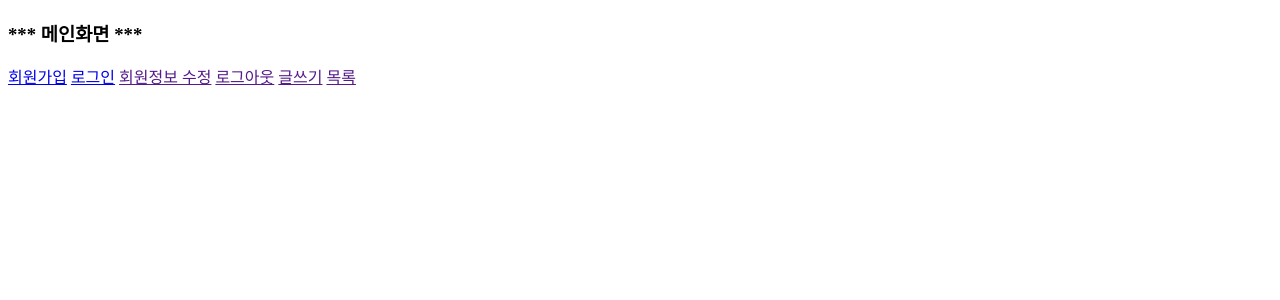
Repository: dahye1013/java-basic-learning
Page: http://localhost/memberJSP/main/index.jsp
These files come from the project's save history. The page is drawn as it stood at one moment and after the next save; the edit follows.
The browser window is 1280 px wide. The pictures show the whole page.
The page is served by Tomcat 9. Other server files are loaded and not shown.

Above is the page before, as saved 2020-06-09 05:29:13.

### memberJSP/WebContent/main/index.jsp
<%@ page language="java" contentType="text/html; charset=EUC-KR"
    pageEncoding="EUC-KR"%>
<!DOCTYPE html>
<html>
<head>
<meta charset="EUC-KR">
<title>Insert title here</title>
</head>
<body>
<h3>*** 메인화면 ***</h3>
<a href="http://localhost:8080/memberJSP/member/writeForm.jsp">회원가입</a>
<a href="../member/loginForm.jsp">로그인</a>
<a href="">회원정보 수정</a>
<a href="">로그아웃</a>
<a href="">글쓰기</a>
<a href="">목록</a>
</body>
</html>

After the next save:
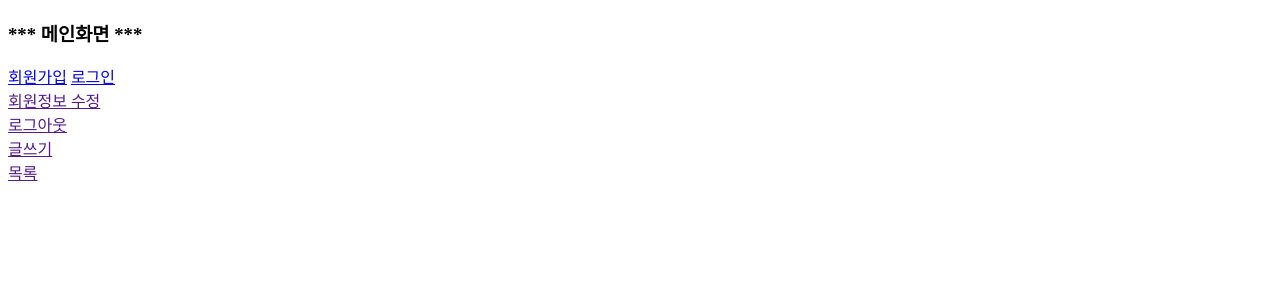
Saved 50 s later.
--- a/memberJSP/WebContent/main/index.jsp
+++ b/memberJSP/WebContent/main/index.jsp
@@ -9,10 +9,10 @@
 <body>
 <h3>*** 메인화면 ***</h3>
 <a href="http://localhost:8080/memberJSP/member/writeForm.jsp">회원가입</a>
-<a href="../member/loginForm.jsp">로그인</a>
-<a href="">회원정보 수정</a>
-<a href="">로그아웃</a>
-<a href="">글쓰기</a>
-<a href="">목록</a>
+<a href="../member/loginForm.jsp">로그인</a><br>
+<a href="">회원정보 수정</a><br>
+<a href="">로그아웃</a><br>
+<a href="">글쓰기</a><br>
+<a href="">목록</a><br>
 </body>
 </html>
